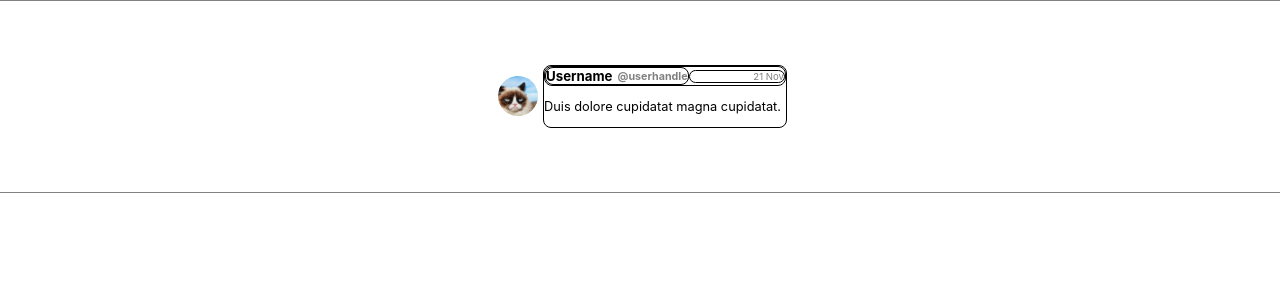
Repository: SeanHLam/comp_orange_client
Page: /comps/tweet (app in orangeapp/)
An editor plug-in stored every save of this project. The page is shown before and after the next save, followed by the edit.
The browser window is 1280 px wide. The pictures show the whole page.
The project was rebuilt for these pictures with package versions that can differ from the ones it lists, and the page was loaded fresh each time. The framework's server and built-in components were replaced by stand-ins that run in the browser. Also part of the build but not shown: orangeapp/next.config.js.

Above is the page before, as saved 2022-11-21 15:52:10.

After the next save:
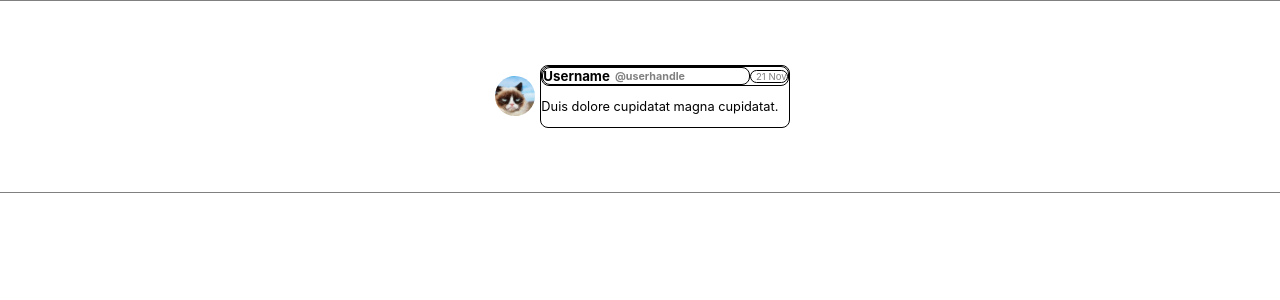
Saved 5 s later.
--- a/orangeapp/pages/comps/tweet.js
+++ b/orangeapp/pages/comps/tweet.js
@@ -58,7 +58,7 @@ export default function TweetComp() {
                     marginLeft: 5,
                     color: 'grey'
                 }}>@userhandle</h6>
-
+                <Button></Button>
                 </FlexBox>
                 <FlexBox
                      style={{
